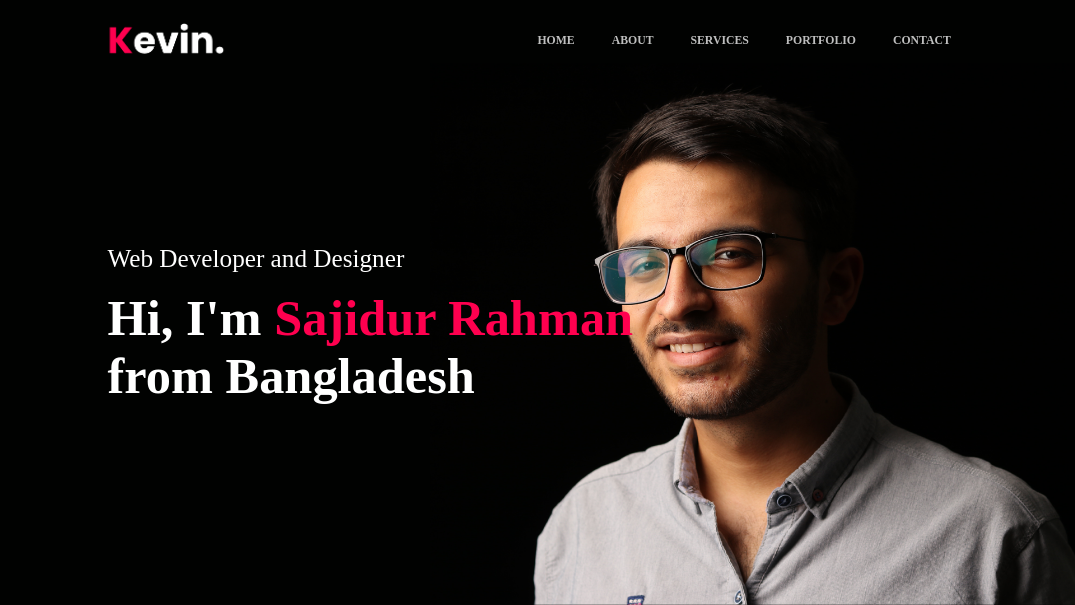
Repository: devsajid/Portfolio-website-with-HTML-CSS-JS
Page: index.html
An editor plug-in stored every save of this project. The page is shown before and after a run of saves, followed by the edit.
The browser window is 1280 px wide. The pictures show the whole page, at 84% of full size.

Above is the page before, as saved 2022-12-11 05:03:21.

After the next 9 saves:
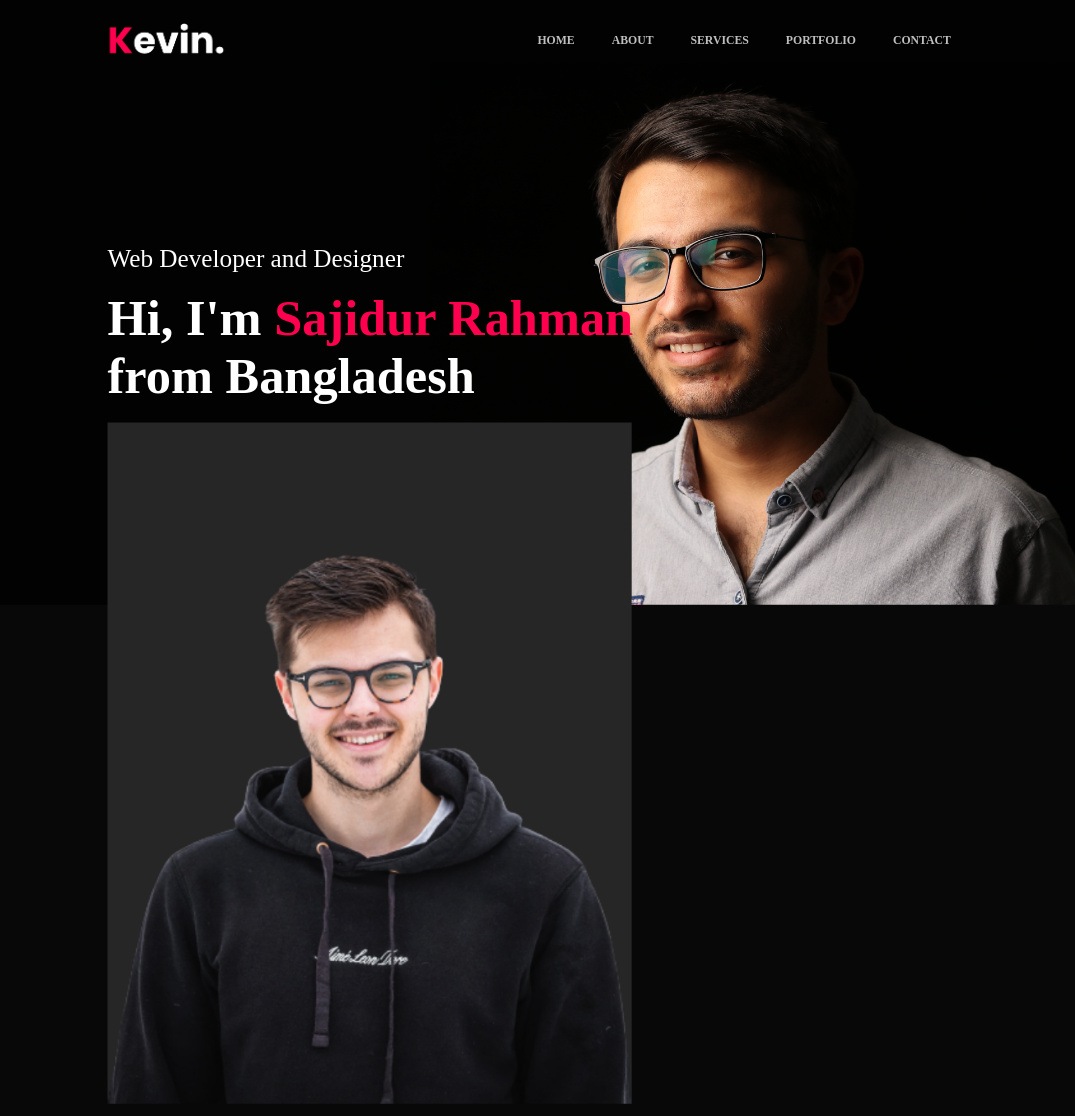
The 9 saves are shown as one change because they came seconds apart.
The last was saved 17 s later.
--- a/index.html
+++ b/index.html
@@ -31,7 +31,7 @@
       <div id="about">
         <div class="container">
           <div class="row">
-            <div class="about-col-1"><img src="" alt="" /></div>
+            <div class="about-col-1"><img src="images/user.png" alt="" /></div>
             <div class="about-col-2"></div>
           </div>
         </div>
